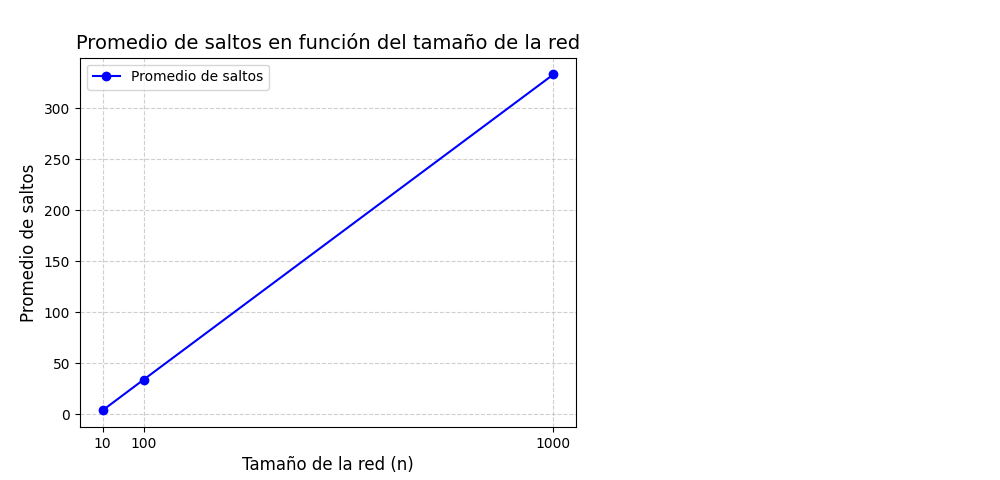
Repository: Carpinteron/TallerrRedes
Script's output: python SimulacionTaller.py
The author's editor kept a copy of each file at every save. The script's output is drawn from the files as they stood at one save, then again after a run of saves.
Each picture stacks the figures in order, with grey between them; figures that are only written to a file come last. Random numbers start from a fixed seed.

Above is the script's output before, as saved 2025-02-11 08:39:03.
Error: NameError: name 'tamanos' is not defined

### SimulacionTaller.py
import random # importar librería random para la generación de valores aleatorios
from fractions import Fraction # importar librería Fraction para el manejo de fracciones
import matplotlib.pyplot as plt # importar librería matplotlib para la generación de gráficas

num_experimentos = 50000 # número de experimentos a realizar, recomendable mayor a 1000
def calcular_saltos_promedio(n, num_experimentos): # función para calcular el promedio de saltos promedio
    total_saltos = 0
    for _ in range(num_experimentos):
        # Seleccionar dos nodos diferentes A y B
        (A, B)= random.sample(range(n), 2) # se seleccionan dos nodos aleatorios diferentes

        # Calcular la distancia (número de saltos) entre A y B
        saltos = abs(A - B) # se calcula como el valor absoluto de la diferencia entre A y B

        # Sumar al total de saltos
        total_saltos += saltos

    # Calcular el promedio de saltos
    promedio_saltos = total_saltos / num_experimentos # obtener el promedio como número real
    prom_frac=Fraction(total_saltos, num_experimentos) # obtener el promedio en forma de fracción
    return promedio_saltos, prom_frac

# Tamaños de red a simular
tamanos_red = [10, 100, 1000] # 10 pequeño - 100 mediano - 1000 grande

# Lista para almacenar los resultados
promedios = []

# Realizar la simulación para cada tamaño de red
for n in tamanos_red:
    promedio = calcular_saltos_promedio(n, num_experimentos)
    print(f"\nPara una red de {n} nodos, el promedio de saltos es: {promedio[0]} o {promedio[1]}")
    promedios.append(promedio[0])

    #print(F"Promedio teórico: {(n+1)/3}")


# Crear gráfico de líneas
plt.plot(tamanos_red, promedios, marker='o', linestyle='-', color='b', label='Promedio de saltos')

# Personalizar el gráfico
plt.title('Promedio de saltos en función del tamaño de la red', fontsize=14)
plt.xlabel('Tamaño de la red (n)', fontsize=12)
plt.ylabel('Promedio de saltos', fontsize=12)
plt.xticks(tamanos_red)  # Asegura que todos los valores de n se muestren en el eje X
plt.grid(True, linestyle='--', alpha=0.6)  # Agrega una cuadrícula
plt.legend()  # Muestra la leyenda

# Mostrar el gráfico
plt.show()


# Graficar los resultados como dispersión
plt.figure(figsize=(10, 6)) # Ajustar el tamaño de la figura
plt.scatter(tamanos, promedios, color='b', alpha=0.7)
plt.xlabel('Tamaño de la red (n)')
plt.ylabel('Promedio de saltos')
plt.title('Promedio de saltos vs Tamaño de la red')
plt.xticks(tamanos) # Asegurarse de que todos los tamaños de red estén en el eje x
plt.grid(True, linestyle='--', alpha=0.7) # Mejorar la visualización de la cuadrícula
plt.tight_layout() # Ajustar el layout para que todo se vea bien
plt.show()

After the next 2 saves:
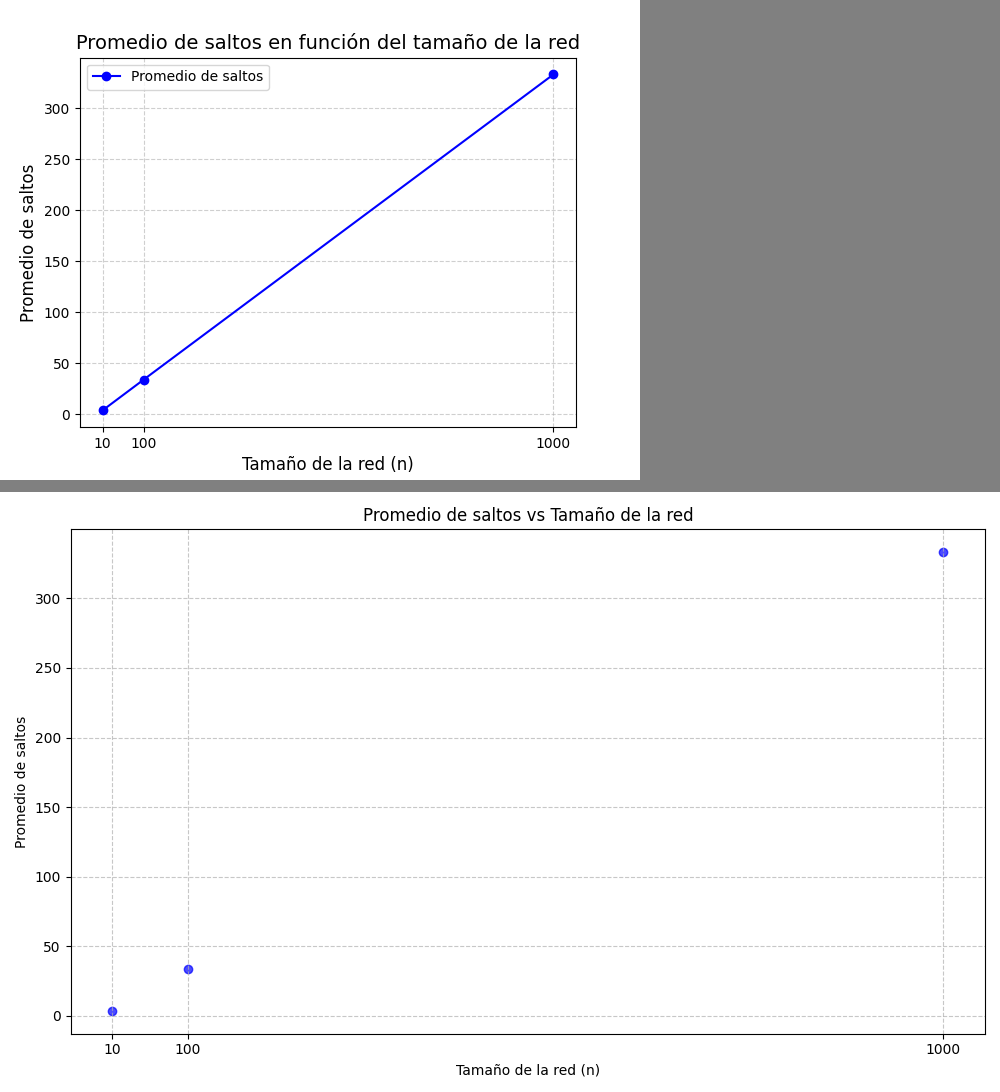
The error is gone.
The 2 saves are shown as one change because they came seconds apart.
The last was saved 8 s later.
--- a/SimulacionTaller.py
+++ b/SimulacionTaller.py
@@ -52,11 +52,11 @@ plt.show()
 
 # Graficar los resultados como dispersión
 plt.figure(figsize=(10, 6)) # Ajustar el tamaño de la figura
-plt.scatter(tamanos, promedios, color='b', alpha=0.7)
+plt.scatter(tamanos_red, promedios, color='b', alpha=0.7)
 plt.xlabel('Tamaño de la red (n)')
 plt.ylabel('Promedio de saltos')
 plt.title('Promedio de saltos vs Tamaño de la red')
-plt.xticks(tamanos) # Asegurarse de que todos los tamaños de red estén en el eje x
+plt.xticks(tamanos_red) # Asegurarse de que todos los tamaños de red estén en el eje x
 plt.grid(True, linestyle='--', alpha=0.7) # Mejorar la visualización de la cuadrícula
 plt.tight_layout() # Ajustar el layout para que todo se vea bien
 plt.show()
